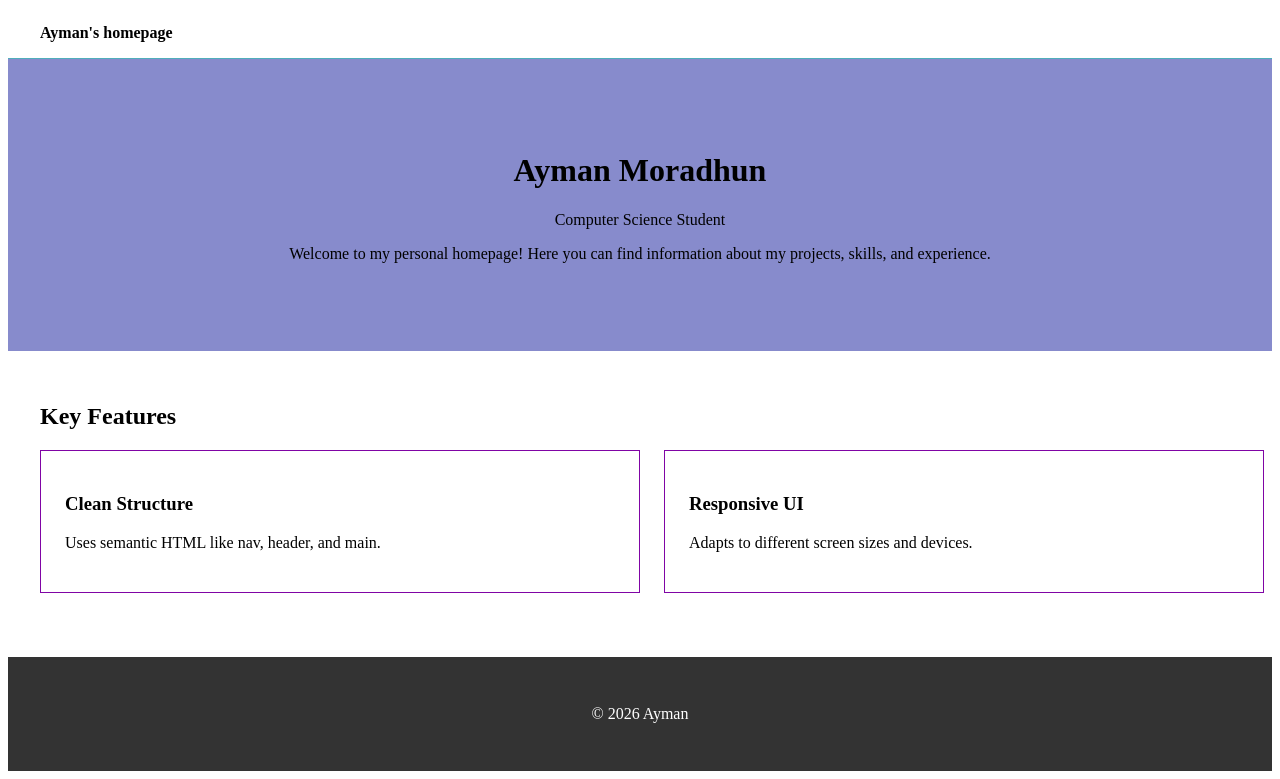
Repository: AymanMoradhun/AymanMoradhun
Page: index.html
These files come from the project's save history. The page is drawn as it stood at one moment and after the next save; the edit follows.
The browser window is 1280 px wide. The pictures show the whole page.

Above is the page before, as saved 2026-05-10 13:55:09.
Not found: styles/globals.css

### index.html
<!DOCTYPE html>
<html lang="en">
  <head>
    <meta charset="UTF-8" />
    <meta name="viewport" content="width=device-width, initial-scale=1.0" />
    <title>Ayman | Home</title>

    <link rel="stylesheet" href="./styles/index.css" />
    <link rel="stylesheet" href="./styles/globals.css" />

  </head>
  <body>
    <nav>
      <a href="/" style="text-decoration: none; color: inherit;">
        <strong>Ayman's homepage</strong>
      </a>
    </nav>

    <header>
      <h1>Ayman Moradhun</h1>
      <p>Computer Science Student</p>
      <p>
        Welcome to my personal homepage! Here you can find information about my
        projects, skills, and experience.
      </p>
    </header>

    <main class="container">
      <h2>Key Features</h2>

      <section class="grid">

        <article class="card">
          <h3>Clean Structure</h3>
          <p>Uses semantic HTML like nav, header, and main.</p>
        </article>

        <article class="card">
          <h3>Responsive UI</h3>
          <p>Adapts to different screen sizes and devices.</p>
        </article>

      </section>
    </main>

    <footer>
      <p>&copy; 2026 Ayman</p>
    </footer>
  </body>
</html>

### styles/index.css
nav {
  background: #ffffff;
  padding: 1rem 2rem;
  display: flex;
  justify-content: space-between;
  border-bottom: 1px solid #50aebb;
}

.nav-links {
  list-style: none;
  display: flex;
  gap: 1.5rem;
}

.nav-links a {
  text-decoration: none;
  color: #242424;
}

header {
  background: #3d44ad9d;
  padding: 10vh 2rem;
  text-align: center;
}

.container {
  padding: 2rem;
}

.grid {
  display: grid;
  grid-template-columns: 50% 50%;
  gap: 1.5rem;
}

.card {
  border: 1px solid #8005a5;
  padding: 1.5rem;
}

footer {
  text-align: center;
  padding: 2rem;
  background: #333;
  color: white;
  margin-top: 2rem;
}

After the next save:
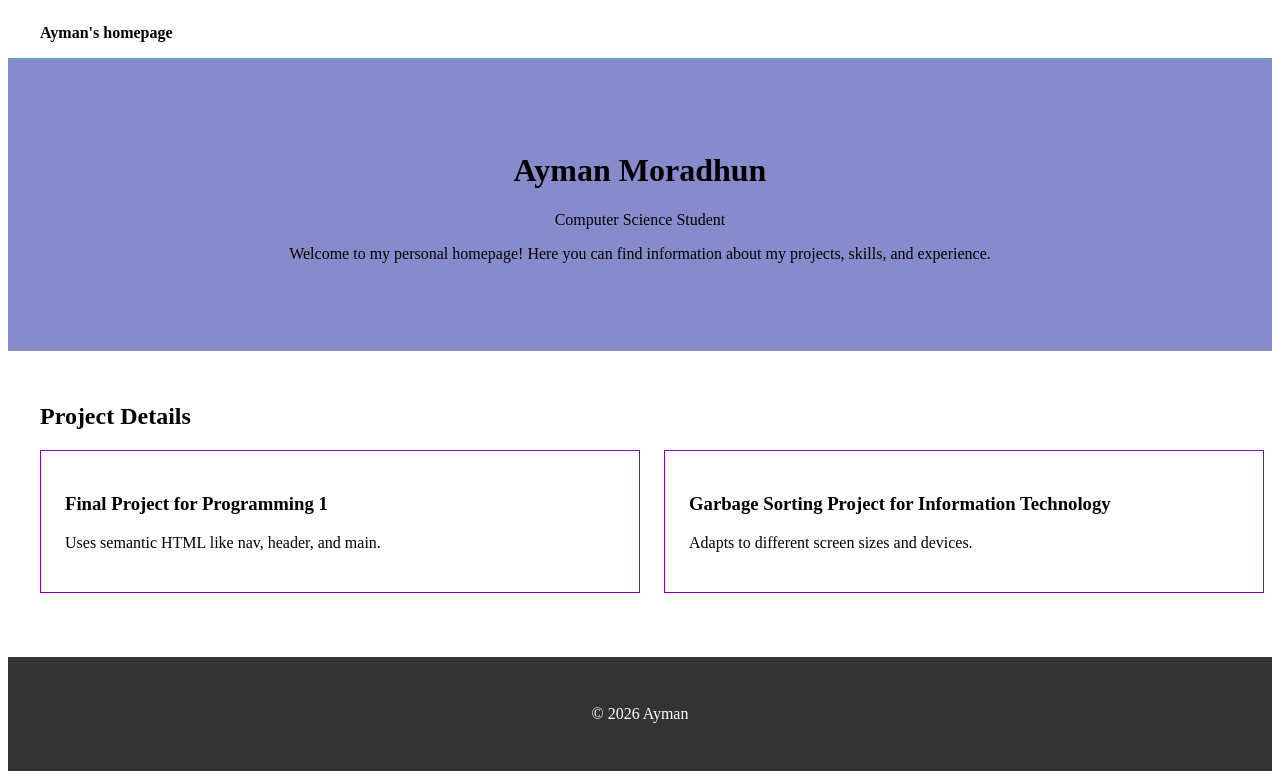
Saved 5 days later.
--- a/index.html
+++ b/index.html
@@ -26,17 +26,17 @@
     </header>
 
     <main class="container">
-      <h2>Key Features</h2>
+      <h2>Project Details</h2>
 
       <section class="grid">
 
         <article class="card">
-          <h3>Clean Structure</h3>
+          <h3>Final Project for Programming 1</h3>
           <p>Uses semantic HTML like nav, header, and main.</p>
         </article>
 
         <article class="card">
-          <h3>Responsive UI</h3>
+          <h3>Garbage Sorting Project for Information Technology</h3>
           <p>Adapts to different screen sizes and devices.</p>
         </article>
 
